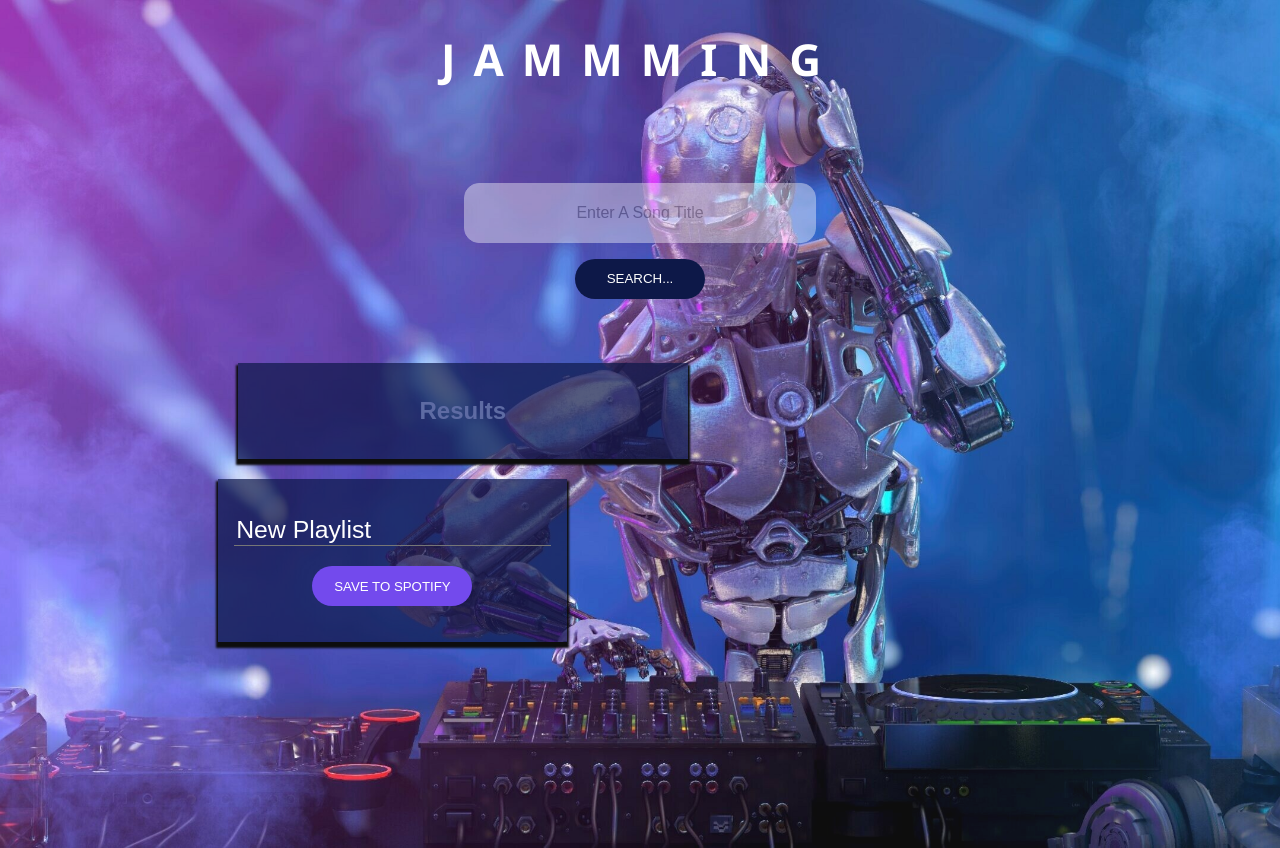
Repository: LolaSL/jamming
Page: /
An editor plug-in stored every save of this project. The page is shown before and after a run of saves, followed by the edit.
The browser window is 1280 px wide. The pictures show the whole page.
The project was rebuilt for these pictures with package versions that can differ from the ones it lists, and the page was loaded fresh each time. Also part of the build but not shown: src/components/Track/Track.css, src/components/Track/Track.jsx.

Above is the page before, as saved 2023-06-22 18:43:50.

After the next 4 saves:
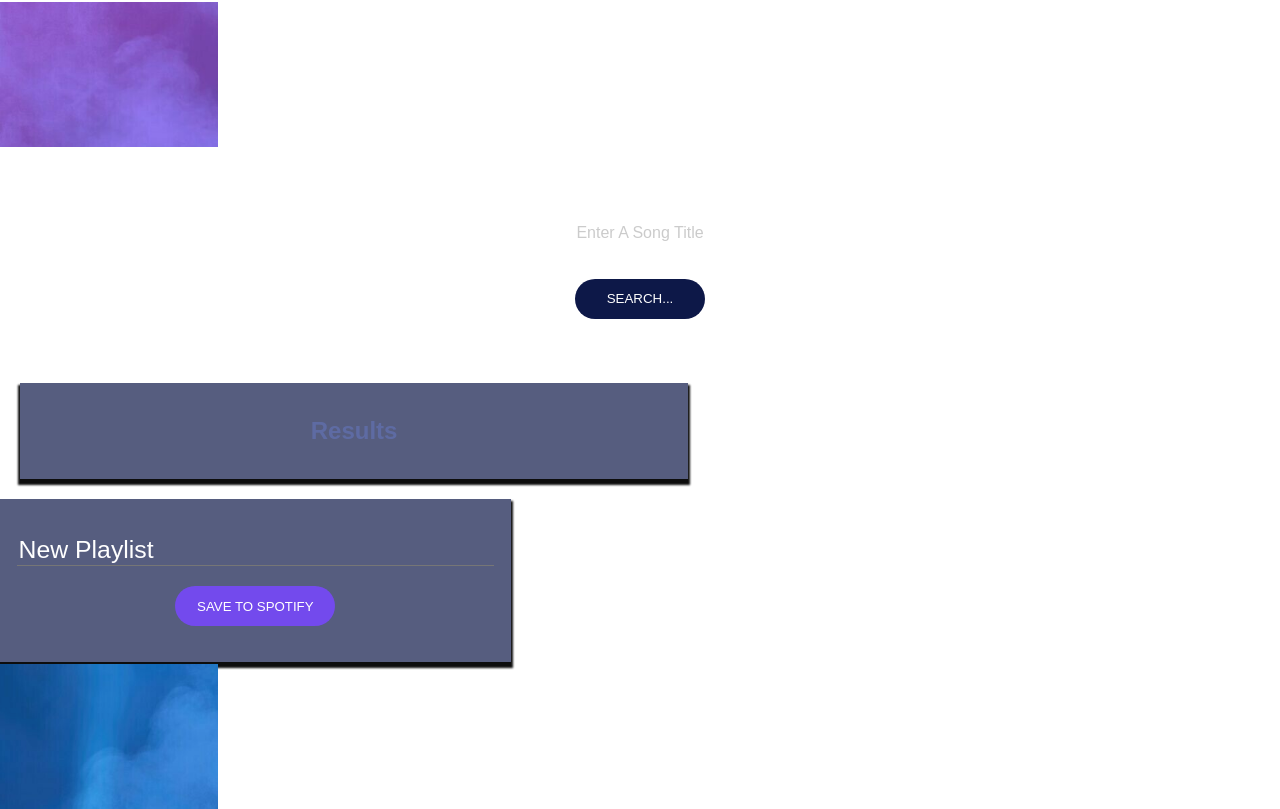
The 4 saves are shown as one change because they came seconds apart.
The last was saved 18 s later.
--- a/src/App/App.css
+++ b/src/App/App.css
@@ -5,7 +5,7 @@ html,
 }
 
 .App{
-  display: flexbox;
+  display: inline;
   height: 100%;
   padding: 0 17% 10% 17%;
   background-image: url('./background.jpg');

After the 2 saves that followed:
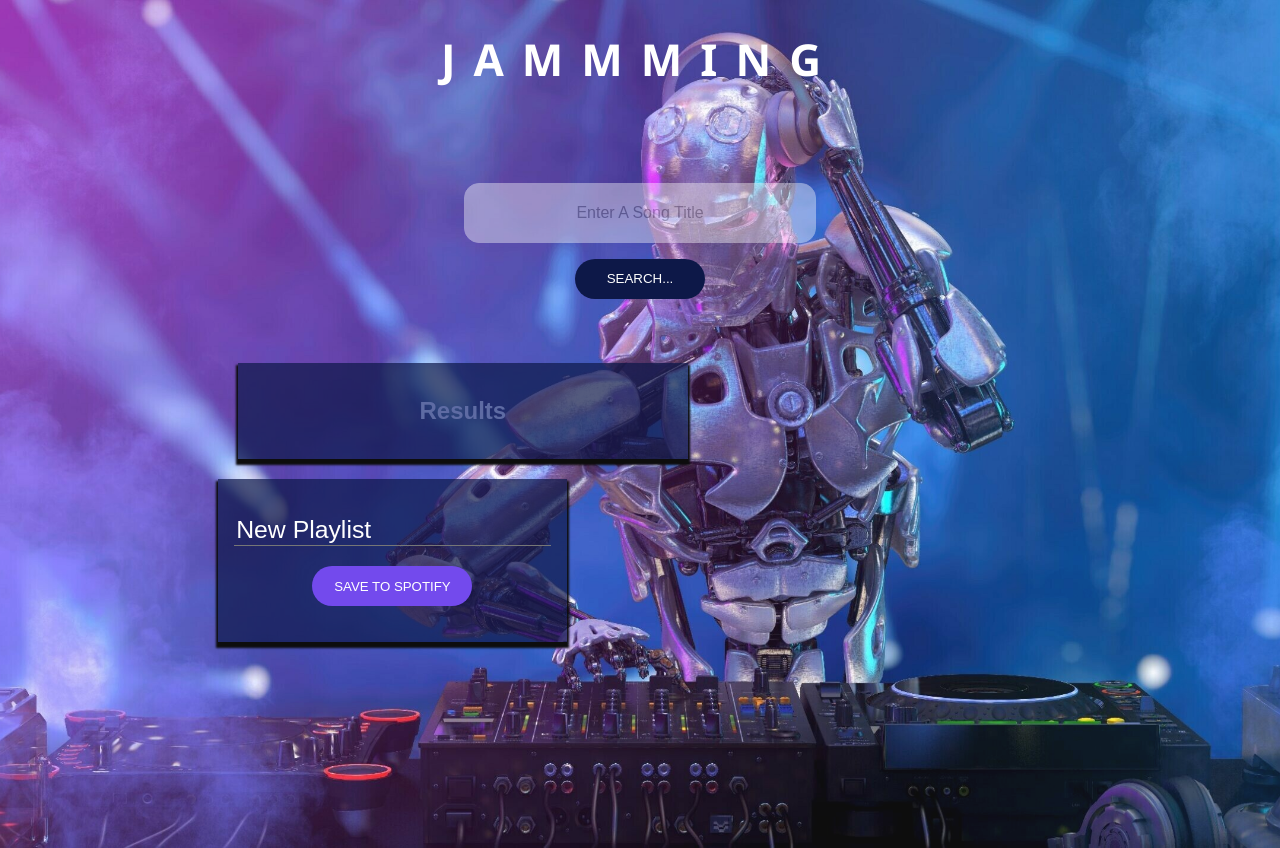
The 2 saves are shown as one change because they came seconds apart.
The last was saved 13 s later.
--- a/src/App/App.css
+++ b/src/App/App.css
@@ -5,7 +5,7 @@ html,
 }
 
 .App{
-  display: inline;
+  display: ;
   height: 100%;
   padding: 0 17% 10% 17%;
   background-image: url('./background.jpg');
